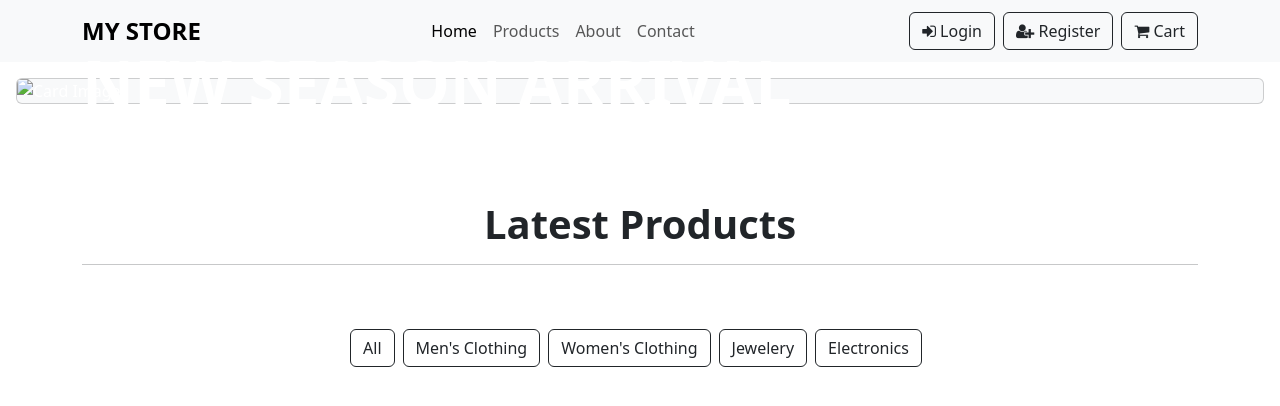
Repository: asad3407886839/E-commerce-Store
Page: /products (app in vite-project/)
The author's editor kept a copy of each file at every save. The page is drawn from the files as they stood at one save, then again after the next save.
The browser window is 1280 px wide. The pictures show the whole page.
The page's requests for data from a server got no answer. The project was rebuilt for these pictures with package versions that can differ from the ones it lists, and the page was loaded fresh each time. No one was signed in, and anything a server would have sent is missing. Also part of the build but not shown: vite-project/vite.config.js, vite-project/src/index.css.

Above is the page before, as saved 2024-06-29 19:36:35.

After the next save:
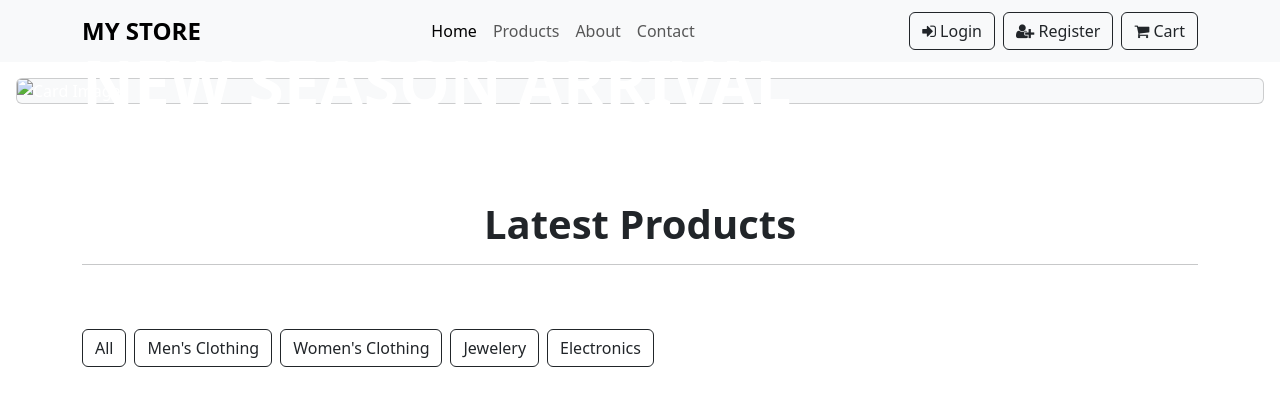
Saved 60 s later.
--- a/vite-project/src/components/Products.jsx
+++ b/vite-project/src/components/Products.jsx
@@ -37,7 +37,7 @@
   const showProducts = () => {
     return (
       <>
-        <div className="buttons d-flex justify-content-center mb-5 pb-5">
+        <div className="buttons d-flex  mb-5 pb-5">
           <button className="btn btn-outline-dark me-2" onClick={() => setFilter(data)}>All</button>
           <button className="btn btn-outline-dark me-2" onClick={() => setFilter(data.filter(product => product.category === "men's clothing"))}>Men's Clothing</button>
           <button className="btn btn-outline-dark me-2" onClick={() => setFilter(data.filter(product => product.category === "women's clothing"))}>Women's Clothing</button>

After the save that followed:
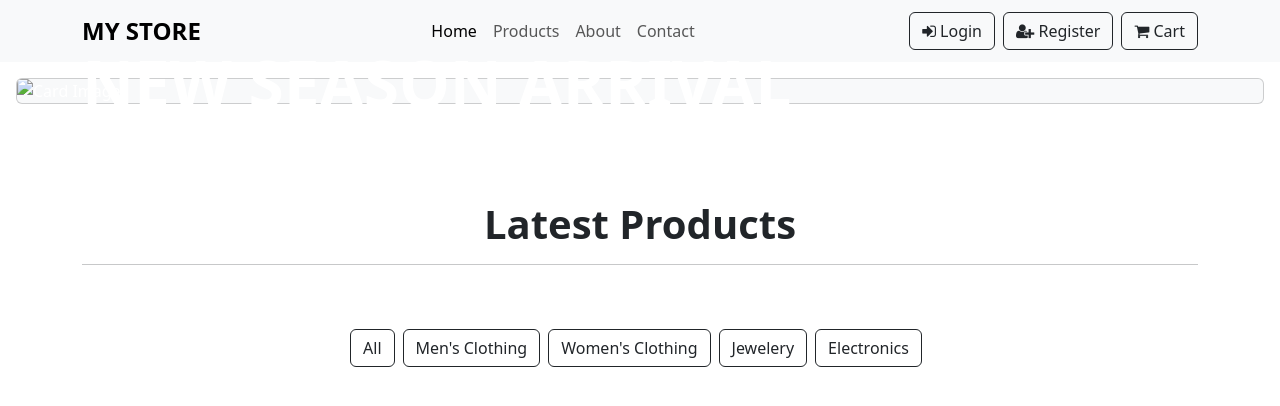
Saved 8 s later.
--- a/vite-project/src/components/Products.jsx
+++ b/vite-project/src/components/Products.jsx
@@ -37,7 +37,7 @@
   const showProducts = () => {
     return (
       <>
-        <div className="buttons d-flex  mb-5 pb-5">
+        <div className="buttons d-flex justify-content-center mb-5 pb-5">
           <button className="btn btn-outline-dark me-2" onClick={() => setFilter(data)}>All</button>
           <button className="btn btn-outline-dark me-2" onClick={() => setFilter(data.filter(product => product.category === "men's clothing"))}>Men's Clothing</button>
           <button className="btn btn-outline-dark me-2" onClick={() => setFilter(data.filter(product => product.category === "women's clothing"))}>Women's Clothing</button>
